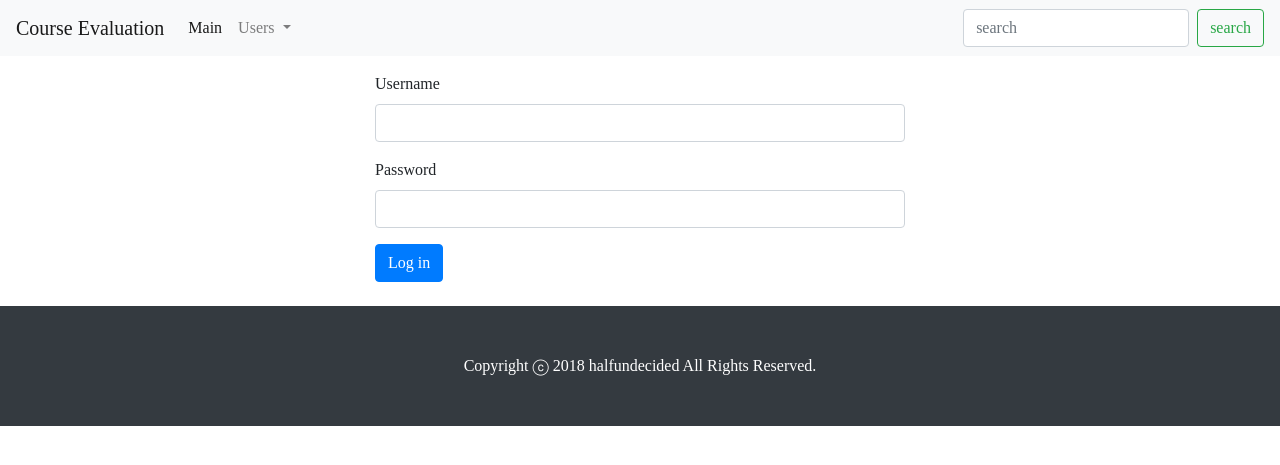
Repository: halfundecided/jsp-courseEval
Page: http://localhost/CourseEvaluation/userLogin.jsp
These files come from the project's save history. The page is drawn as it stood at one moment and after the next save; the edit follows.
The browser window is 1280 px wide. The pictures show the whole page.
Some web fonts or font styles are not loaded; a fallback is used. The page is served by Tomcat 9.

Above is the page before, as saved 2018-02-11 11:15:03.

After the next save:
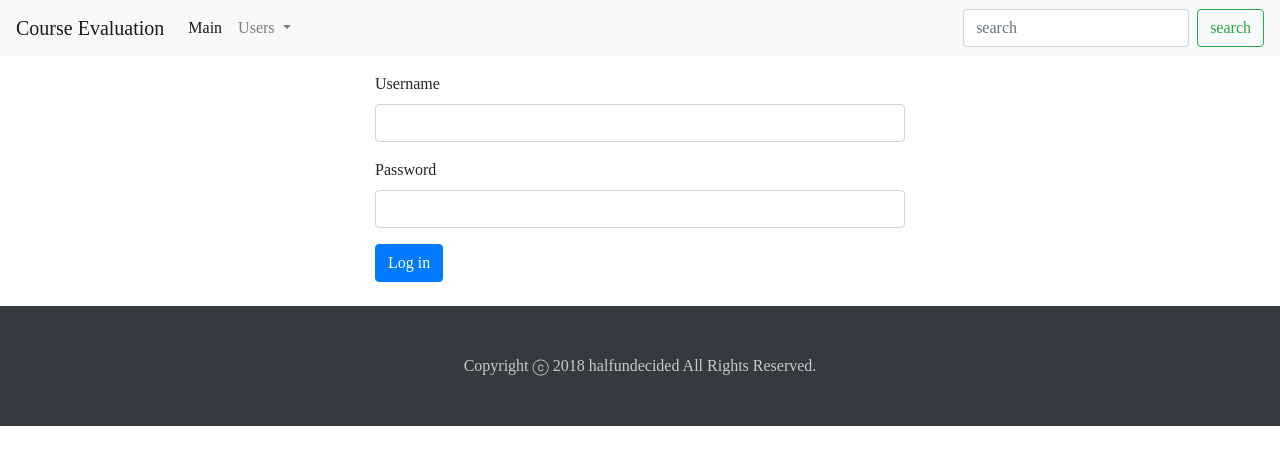
Saved 3 min 35 s later.
--- a/CourseEvaluation/WebContent/userLogin.jsp
+++ b/CourseEvaluation/WebContent/userLogin.jsp
@@ -56,7 +56,7 @@
 
   </section>
 
-  <footer class="bg-dark mt-4 p-5 text-center" style="color: #FFFFFF;">
+  <footer class="bg-dark mt-4 p-5 text-center" style="color: #C9C9C9;">
     Copyright ⓒ 2018 halfundecided All Rights Reserved.
   </footer>
   <!-- jQuery javaScript -->
